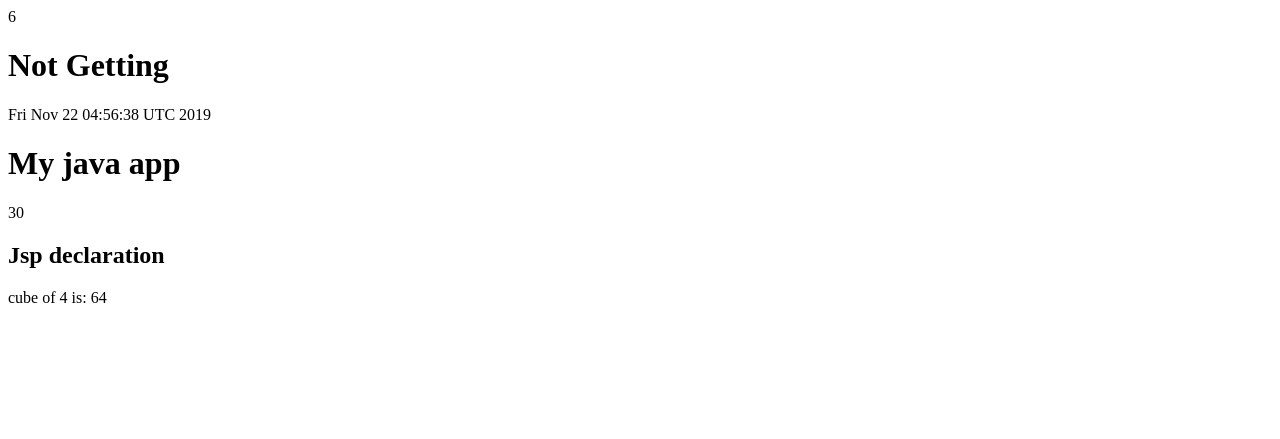
Repository: Vikas333/slk2
Page: http://localhost/Testproject/Test.jsp
The author's editor kept a copy of each file at every save. The page is drawn from the files as they stood at one save, then again after the next save.
The browser window is 1280 px wide. The pictures show the whole page.
The page is served by Tomcat 9.

Above is the page before, as saved 2019-11-22 07:31:49.

After the next save:
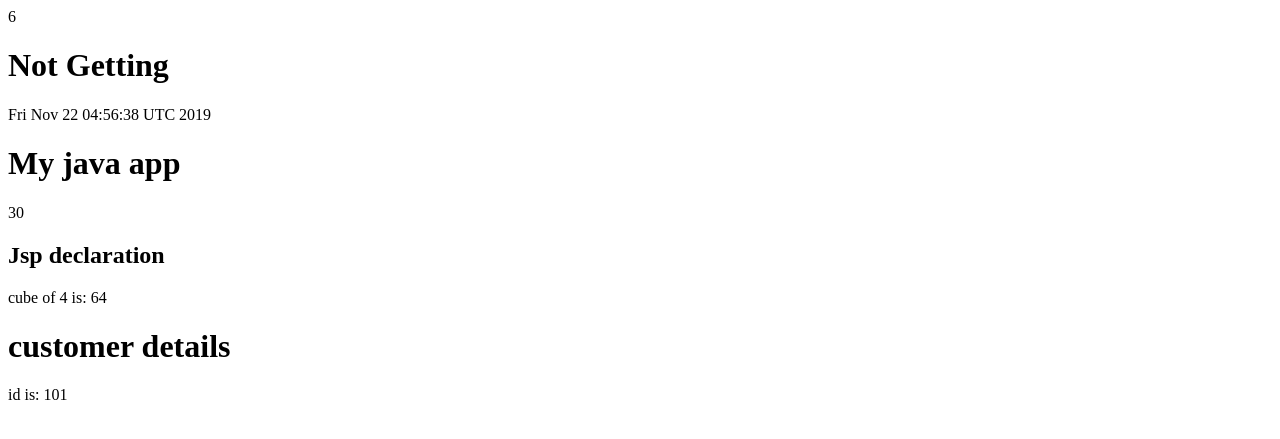
Saved 75 min 51 s later.
--- a/Testproject/WebContent/Test.jsp
+++ b/Testproject/WebContent/Test.jsp
@@ -31,7 +31,17 @@ return n*n*n;
 
 <%= "cube of 4 is:  "+cube(4) %>
 
+<h1>customer details</h1>
+<%
 
+Customer c1=new Customer();
+c1.setCustId(101);
+c1.setName("vi");
+c1.setAddress("hyg");
+
+%>
+<%= "id is: "+c1.getCustId()%>
+<%@ page import ="com.slk.beam.Customer" %>
 
 
 
